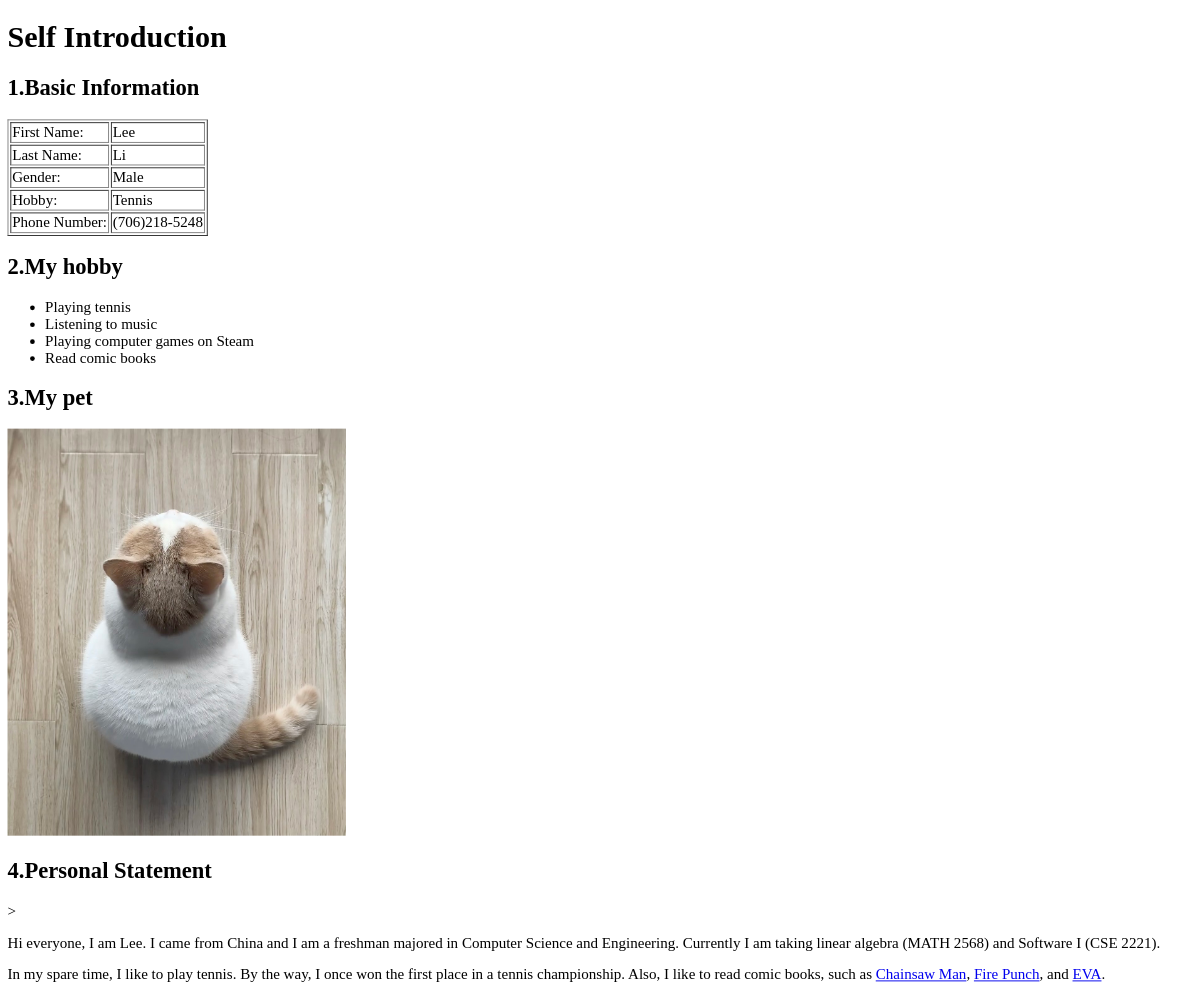
Repository: RigelLM/Java-Learning
Page: HomePage/public/Index.html
The author's editor kept a copy of each file at every save. The page is drawn from the files as they stood at one save, then again after the next save.
The browser window is 1280 px wide. The pictures show the whole page, at 94% of full size.

Above is the page before, as saved 2023-01-17 17:36:01.

### HomePage/public/Index.html
<?xml version="1.0" encoding="UTF-8" ?>
<!DOCTYPE html PUBLIC "-//W3C//DTD XHTML 1.0 Strict//EN" "http://www.w3.org/TR/xhtml1/DTD/xhtml1-strict.dtd">
<html xmlns="http://www.w3.org/1999/xhtml">
<head>
<meta http-equiv="Content-Type" content="text/html; charset=UTF-8" />



<title>Personal Information</title>
</head>
<body>
<h1>Self Introduction</h1>
<h2>1.Basic Information</h2>
<table border="1">
    <tr>
        <td>First Name:</td><td>Lee</td>
    </tr>
    <tr>
        <td>Last Name:</td><td>Li</td>
    </tr>
    <tr>
        <td>Gender:</td><td>Male</td>
    </tr>
    <tr>
        <td>Hobby:</td><td>Tennis</td>
    </tr>
    <tr>
        <td>Phone Number:</td><td>(706)218-5248</td>
    </tr>
</table>
<h2>2.My hobby</h2>
<ul>
<li>Playing tennis</li>
<li>Listening to music</li>
<li>Playing computer games on Steam</li>
<li>Read comic books</li>
</ul>
<h2>3.My pet</h2>
<img src="cat.jpg" alt="My Cat" width="360" height="433">
<h2>4.Personal Statement</h2>>
<p>Hi everyone, I am Lee. I came from China and I am a freshman majored in Computer Science and Engineering. Currently I am taking linear algebra (MATH 2568) and Software I (CSE 2221).</p>
<p>In my spare time, I like to play tennis. By the way, I once won the first place in a tennis championship. Also, I like to read comic books, such as <a href="https://en.wikipedia.org/wiki/Chainsaw_Man" target="_blank" rel="noopener noreferrer">Chainsaw Man</a>, <a href="https://en.wikipedia.org/wiki/Fire_Punch" target="_blank" rel="noopener noreferrer">Fire Punch</a>, and <a href="https://en.wikipedia.org/wiki/Neon_Genesis_Evangelion" target="_blank" rel="noopener noreferrer">EVA</a>. </p>
</body>
</html>

After the next save:
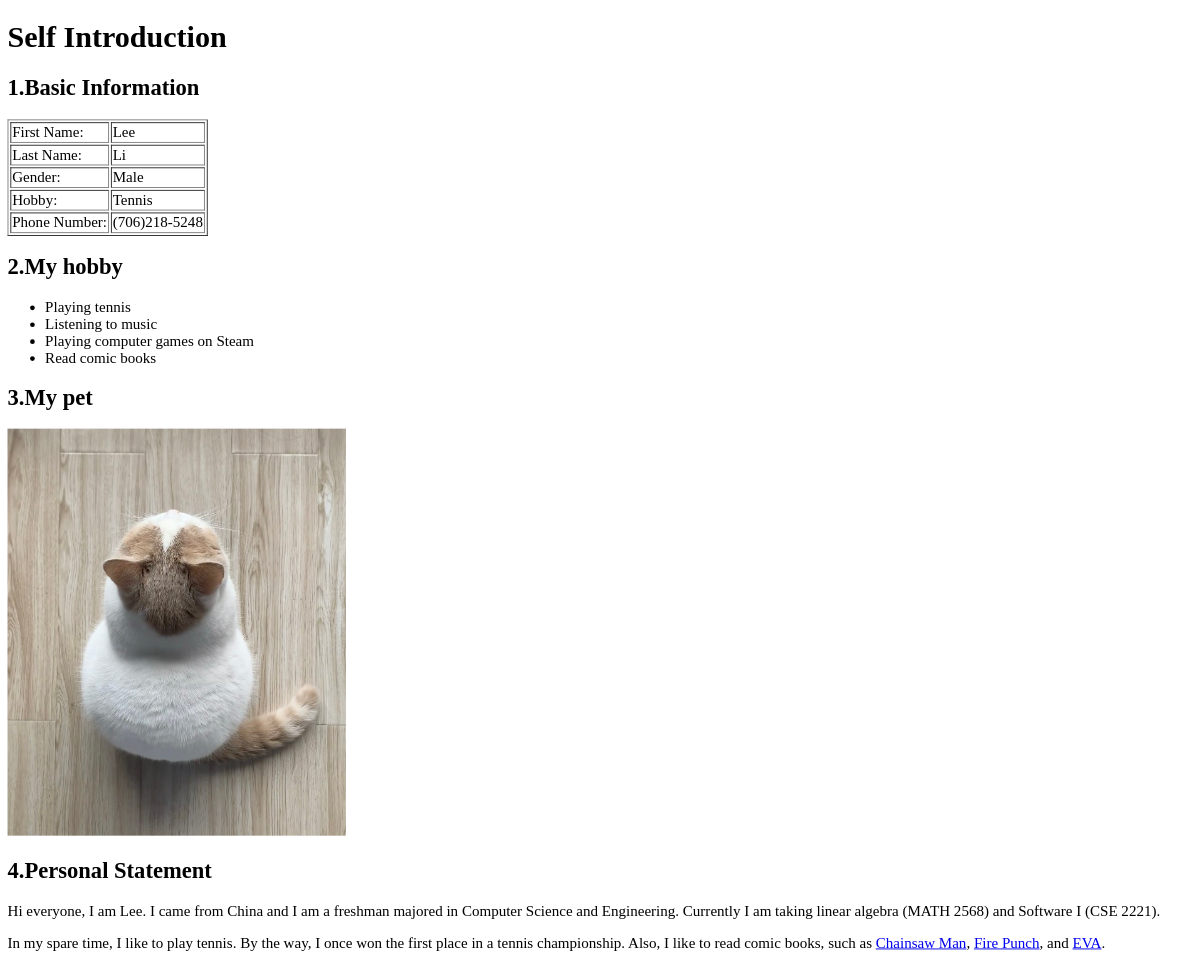
Saved 98 s later.
--- a/HomePage/public/Index.html
+++ b/HomePage/public/Index.html
@@ -37,7 +37,7 @@
 </ul>
 <h2>3.My pet</h2>
 <img src="cat.jpg" alt="My Cat" width="360" height="433">
-<h2>4.Personal Statement</h2>>
+<h2>4.Personal Statement</h2>
 <p>Hi everyone, I am Lee. I came from China and I am a freshman majored in Computer Science and Engineering. Currently I am taking linear algebra (MATH 2568) and Software I (CSE 2221).</p>
 <p>In my spare time, I like to play tennis. By the way, I once won the first place in a tennis championship. Also, I like to read comic books, such as <a href="https://en.wikipedia.org/wiki/Chainsaw_Man" target="_blank" rel="noopener noreferrer">Chainsaw Man</a>, <a href="https://en.wikipedia.org/wiki/Fire_Punch" target="_blank" rel="noopener noreferrer">Fire Punch</a>, and <a href="https://en.wikipedia.org/wiki/Neon_Genesis_Evangelion" target="_blank" rel="noopener noreferrer">EVA</a>. </p>
 </body>
